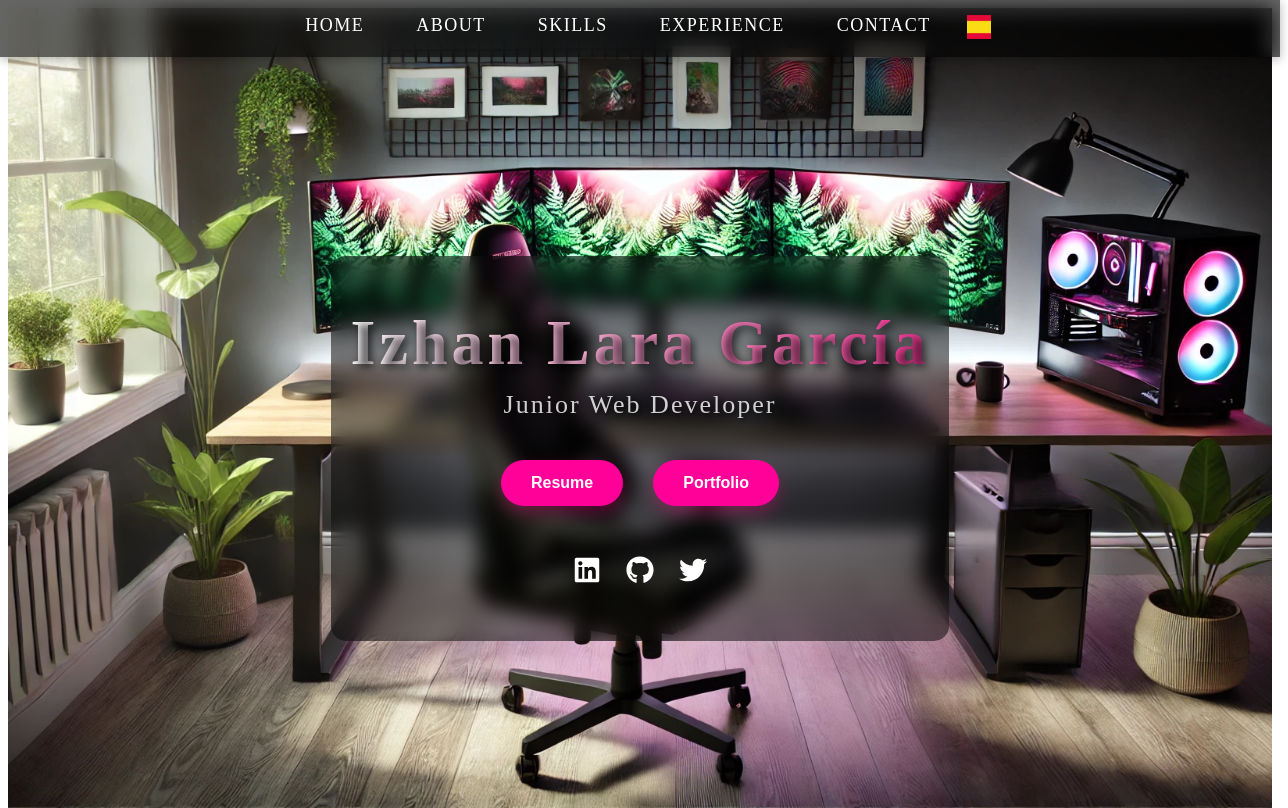
Repository: izhanlaraagarcia/izhanlaraagarcia.github.io
Page: / (app in vite-project/)
An editor plug-in stored every save of this project. The page is shown before and after the next save, followed by the edit.
The browser window is 1280 px wide. The page is 1280 px wide, then 1288 px, so the pictures cover 1288 px, including what lies to the right of the window. The pictures show the part of the page from y = 0 to 808 px (the page is 2363 px tall before and 720 px after).
Pictures or frames that could not be fetched are drawn as grey boxes. The project was rebuilt for these pictures with package versions that can differ from the ones it lists, and the page was loaded fresh each time. Also part of the build but not shown: vite-project/vite.config.js.

Above is the page before, as saved 2024-09-17 21:47:14.

After the next save:
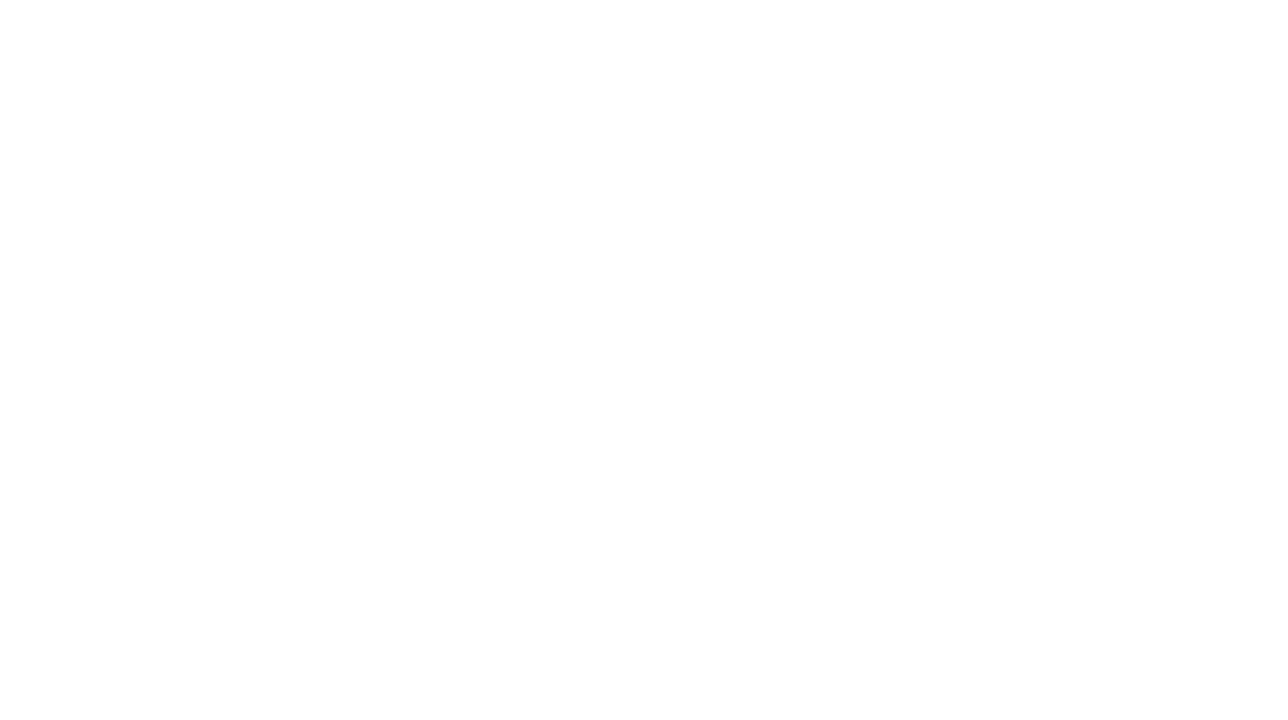
Console error: TypeError: Cannot read properties of undefined (reading 'title')
Saved 2 min 7 s later.
--- a/vite-project/src/components/AboutComponent.jsx
+++ b/vite-project/src/components/AboutComponent.jsx
@@ -1,7 +1,26 @@
 import React from 'react';
 import { motion } from 'framer-motion';
 
-const AboutComponent = () => {
+const AboutComponent = ({ language }) => {
+  const translations = {
+    en: {
+      title: "About Me",
+      description: "I'm a passionate web developer focused on delivering elegant and modern solutions for clients. With experience in both front-end and back-end, I create fully responsive and interactive web applications...",
+      skills: "Skills",
+      experience: "Experience",
+      buttonText: "View More",
+      contact: "Contact Me",
+    },
+    es: {
+      title: "Sobre Mí",
+      description: "Soy un apasionado desarrollador web centrado en ofrecer soluciones elegantes y modernas para los clientes. Con experiencia tanto en front-end como back-end, creo aplicaciones web completamente responsivas e interactivas...",
+      skills: "Habilidades",
+      experience: "Experiencia",
+      buttonText: "Ver Más",
+      contact: "Contáctame",
+    },
+  };
+
   return (
     <section id="about" className="about">
       <motion.div
@@ -26,18 +45,32 @@ const AboutComponent = () => {
           whileInView={{ opacity: 1, y: 0 }}
           transition={{ duration: 1, ease: 'easeInOut' }}
         >
-          <h2>About Me</h2>
-          <p>
-            I'm a passionate web developer focused on delivering elegant and modern solutions for clients.
-            With experience in both front-end and back-end, I create fully responsive and interactive web applications...
-          </p>
-          <motion.a
-            href="#contact"
-            className="contact-link"
-            whileHover={{ scale: 1.1, backgroundColor: '#f09', color: '#fff' }}
-          >
-            Contact Me
-          </motion.a>
+          <h2>{translations[language].title}</h2>
+          <p>{translations[language].description}</p>
+
+          <div className="about-buttons">
+            <motion.a
+              href="#skills"
+              className="about-btn"
+              whileHover={{ scale: 1.1, backgroundColor: '#f09', color: '#fff' }}
+            >
+              {translations[language].skills}
+            </motion.a>
+            <motion.a
+              href="#experience"
+              className="about-btn"
+              whileHover={{ scale: 1.1, backgroundColor: '#f09', color: '#fff' }}
+            >
+              {translations[language].experience}
+            </motion.a>
+            <motion.a
+              href="#contact"
+              className="about-btn"
+              whileHover={{ scale: 1.1, backgroundColor: '#f09', color: '#fff' }}
+            >
+              {translations[language].contact}
+            </motion.a>
+          </div>
         </motion.div>
       </div>
     </section>

After the 6 saves that followed:
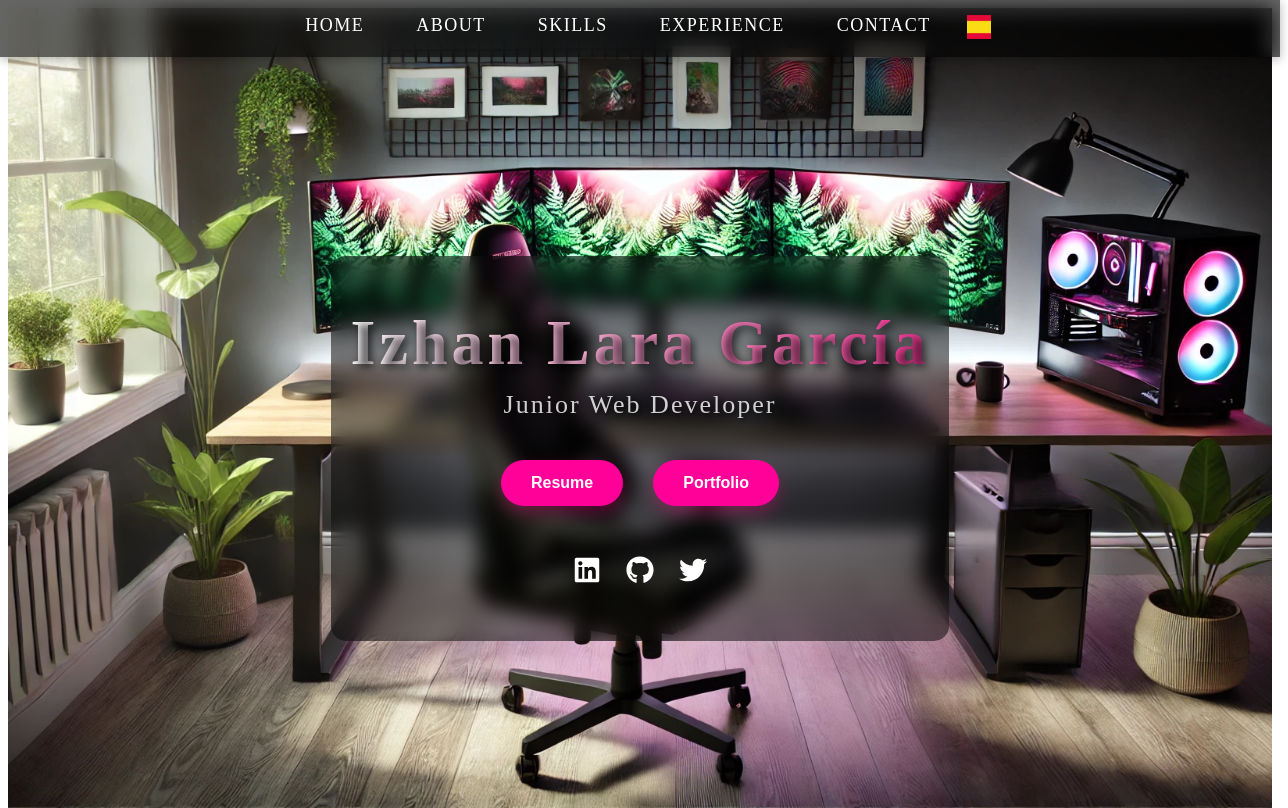
The error is gone.
The 6 saves are shown as one change because 5 left the picture as it was.
The last was saved 2 min 40 s later.
--- a/vite-project/src/index.css
+++ b/vite-project/src/index.css
@@ -175,11 +175,11 @@
 }
 
 
-/* About */
 /* About Section */
 .about {
   position: relative;
-  padding: 100px 20px;
+  width: 100vw;
+  height: 100vh; /* Ocupa toda la pantalla */
   display: flex;
   justify-content: center;
   align-items: center;
@@ -241,7 +241,13 @@
   color: rgba(255, 255, 255, 0.85);
 }
 
-.contact-link {
+.about-buttons {
+  margin-top: 20px;
+  display: flex;
+  gap: 20px;
+}
+
+.about-btn {
   display: inline-block;
   padding: 14px 28px;
   background-color: transparent;
@@ -253,11 +259,10 @@
   transition: 0.3s ease;
 }
 
-.contact-link:hover {
+.about-btn:hover {
   background-color: #f09;
   color: #fff;
 }
-
 
 /* Skills */
 .skills {
--- a/vite-project/src/components/AboutComponent.jsx
+++ b/vite-project/src/components/AboutComponent.jsx
@@ -1,26 +1,7 @@
 import React from 'react';
 import { motion } from 'framer-motion';
 
-const AboutComponent = ({ language }) => {
-  const translations = {
-    en: {
-      title: "About Me",
-      description: "I'm a passionate web developer focused on delivering elegant and modern solutions for clients. With experience in both front-end and back-end, I create fully responsive and interactive web applications...",
-      skills: "Skills",
-      experience: "Experience",
-      buttonText: "View More",
-      contact: "Contact Me",
-    },
-    es: {
-      title: "Sobre Mí",
-      description: "Soy un apasionado desarrollador web centrado en ofrecer soluciones elegantes y modernas para los clientes. Con experiencia tanto en front-end como back-end, creo aplicaciones web completamente responsivas e interactivas...",
-      skills: "Habilidades",
-      experience: "Experiencia",
-      buttonText: "Ver Más",
-      contact: "Contáctame",
-    },
-  };
-
+const AboutComponent = () => {
   return (
     <section id="about" className="about">
       <motion.div
@@ -45,32 +26,18 @@ const AboutComponent = ({ language }) => {
           whileInView={{ opacity: 1, y: 0 }}
           transition={{ duration: 1, ease: 'easeInOut' }}
         >
-          <h2>{translations[language].title}</h2>
-          <p>{translations[language].description}</p>
-
-          <div className="about-buttons">
-            <motion.a
-              href="#skills"
-              className="about-btn"
-              whileHover={{ scale: 1.1, backgroundColor: '#f09', color: '#fff' }}
-            >
-              {translations[language].skills}
-            </motion.a>
-            <motion.a
-              href="#experience"
-              className="about-btn"
-              whileHover={{ scale: 1.1, backgroundColor: '#f09', color: '#fff' }}
-            >
-              {translations[language].experience}
-            </motion.a>
-            <motion.a
-              href="#contact"
-              className="about-btn"
-              whileHover={{ scale: 1.1, backgroundColor: '#f09', color: '#fff' }}
-            >
-              {translations[language].contact}
-            </motion.a>
-          </div>
+          <h2>About Me</h2>
+          <p>
+            I'm a passionate web developer focused on delivering elegant and modern solutions for clients.
+            With experience in both front-end and back-end, I create fully responsive and interactive web applications...
+          </p>
+          <motion.a
+            href="#contact"
+            className="contact-link"
+            whileHover={{ scale: 1.1, backgroundColor: '#f09', color: '#fff' }}
+          >
+            Contact Me
+          </motion.a>
         </motion.div>
       </div>
     </section>
